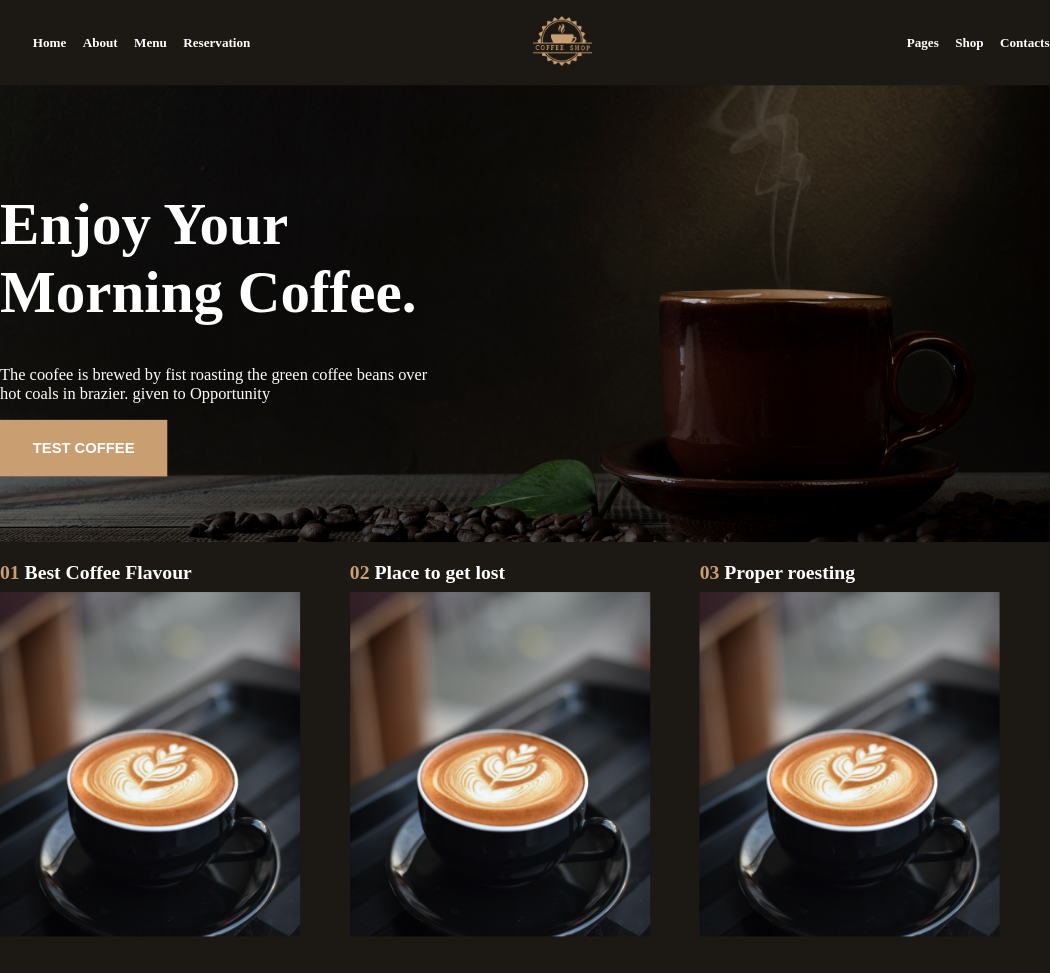
Repository: SitoraRashidova/CoffeShop_Figma
Page: /
The author's editor kept a copy of each file at every save. The page is drawn from the files as they stood at one save, then again after the next save.
The browser window is 1280 px wide. The pictures show the whole page, at 82% of full size.
The project was rebuilt for these pictures with package versions that can differ from the ones it lists, and the page was loaded fresh each time. Also part of the build but not shown: vite.config.js.

Above is the page before, as saved 2024-11-24 23:44:04.

After the next save:
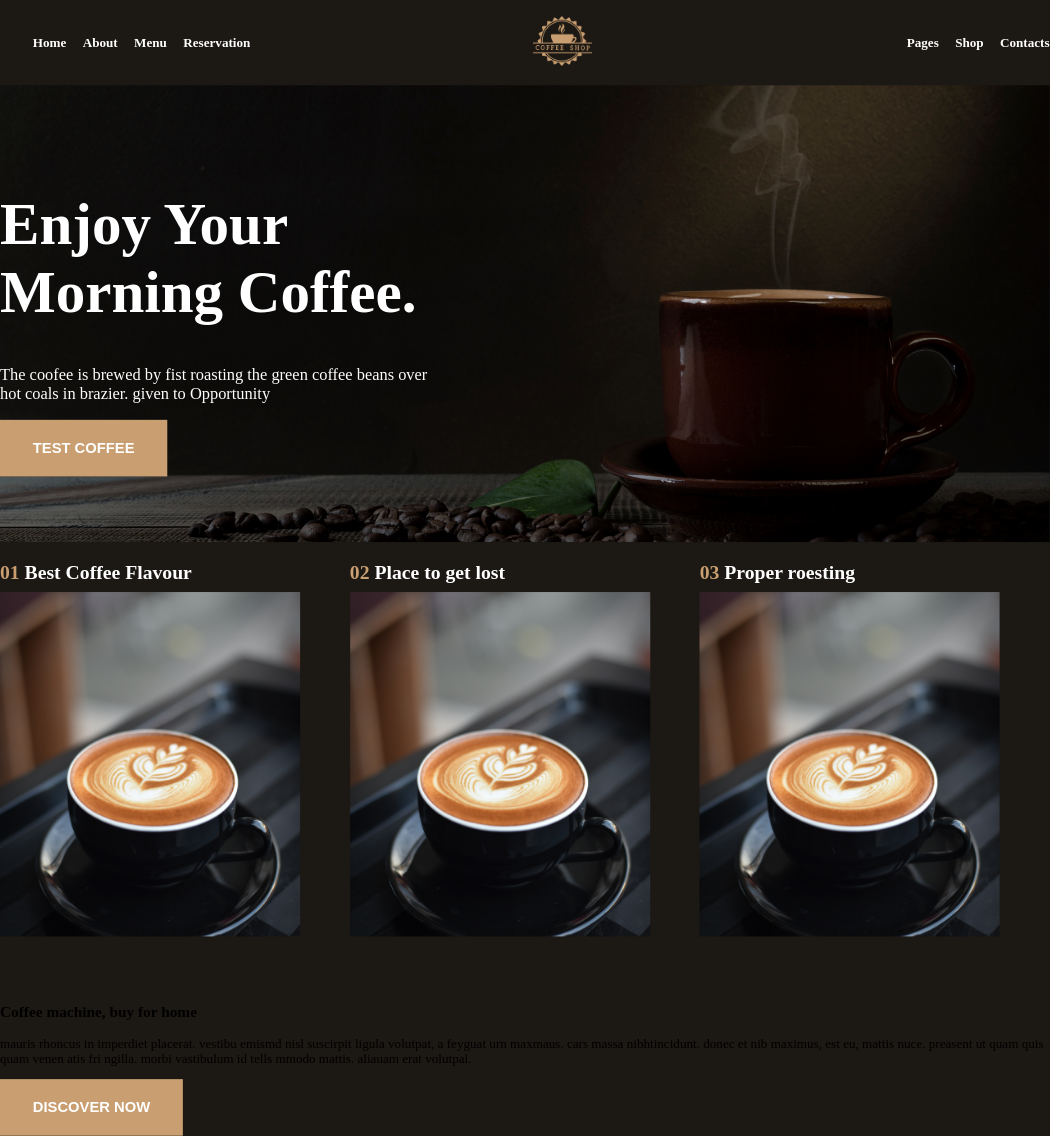
Saved 4 s later.
--- a/src/App.jsx
+++ b/src/App.jsx
@@ -1,4 +1,5 @@
 import "./App.css";
+import DiscowerCoffee from "./components/discower-coffee";
 import Header from "./components/header";
 import Hero from "./components/hero";
 import TypeCofee from "./components/type-coffee";
@@ -9,7 +10,7 @@ function App() {
       <Header />
       <Hero />
       <TypeCofee />
-
+      <DiscowerCoffee/>
     </>
   );
 }
